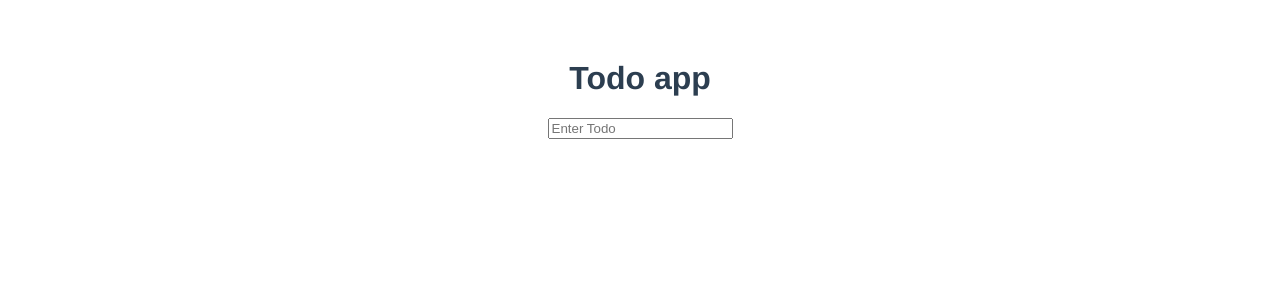
Repository: fgitpush/todoVue
Page: /
An editor plug-in stored every save of this project. The page is shown before and after the next save, followed by the edit.
The browser window is 1280 px wide. The pictures show the whole page.
The project was rebuilt for these pictures with package versions that can differ from the ones it lists, and the page was loaded fresh each time.

Above is the page before, as saved 2019-12-25 01:10:18.

After the next save:
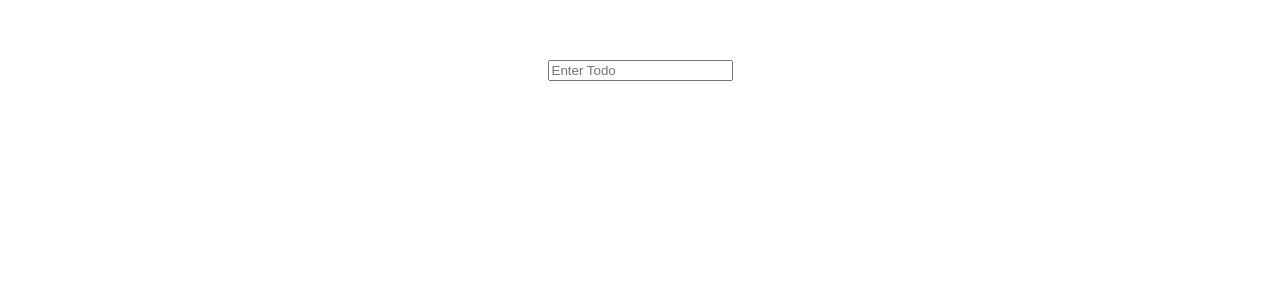
Saved 8 min 28 s later.
--- a/src/components/HelloWorld.vue
+++ b/src/components/HelloWorld.vue
@@ -1,6 +1,5 @@
 <template>
   <div class="hello">
-    <h1>{{ msg }}</h1>
     <input v-model="something" @keydown.enter="submitTodo" type="text" placeholder="Enter Todo">
     <ul>
       <li v-for="(item, i) in todos" :key="i" style="display:block">

After the save that followed:
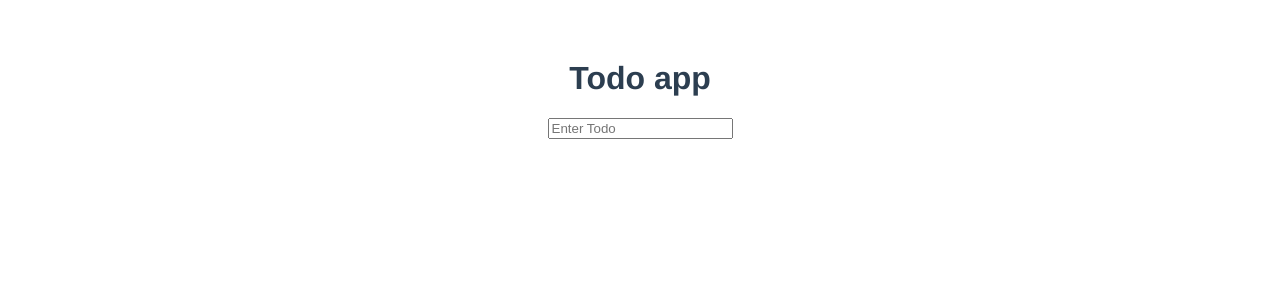
Saved 8 s later.
--- a/src/components/HelloWorld.vue
+++ b/src/components/HelloWorld.vue
@@ -1,5 +1,6 @@
 <template>
   <div class="hello">
+    <h1>{{ msg }}</h1>
     <input v-model="something" @keydown.enter="submitTodo" type="text" placeholder="Enter Todo">
     <ul>
       <li v-for="(item, i) in todos" :key="i" style="display:block">
